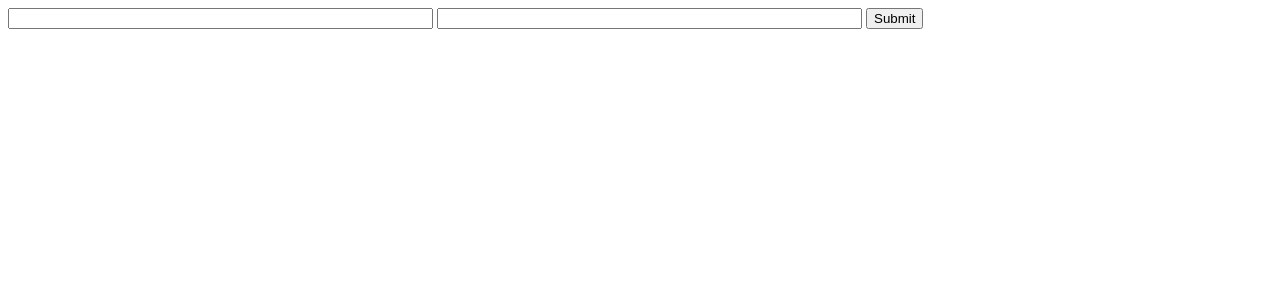
Repository: sangit85/santosh_Work_Aug2020
Page: http://localhost/JavaWebApplication/
An editor plug-in stored every save of this project. The page is shown before and after the next save, followed by the edit.
The browser window is 1280 px wide. The pictures show the whole page.
The page is served by Tomcat 9. Other server files are loaded and not shown.

Above is the page before, as saved 2020-08-09 11:45:13.

### EclipseWorkSpace_August2020/JavaWebApplication/WebContent/index.jsp
<%@ page language="java" contentType="text/html; charset=ISO-8859-1"
    pageEncoding="ISO-8859-1"%>
<!DOCTYPE html PUBLIC "-//W3C//DTD HTML 4.01 Transitional//EN" "http://www.w3.org/TR/html4/loose.dtd">
<html>
<head>
<meta http-equiv="Content-Type" content="text/html; charset=ISO-8859-1">
<title>Insert title here</title>
</head>
<body>
<form action='\hello' method='post'>
<input type="text" size='50'/>
<input type="password" size=50>
<input type="submit"/>
</form>
</body>
</html>

After the next save:
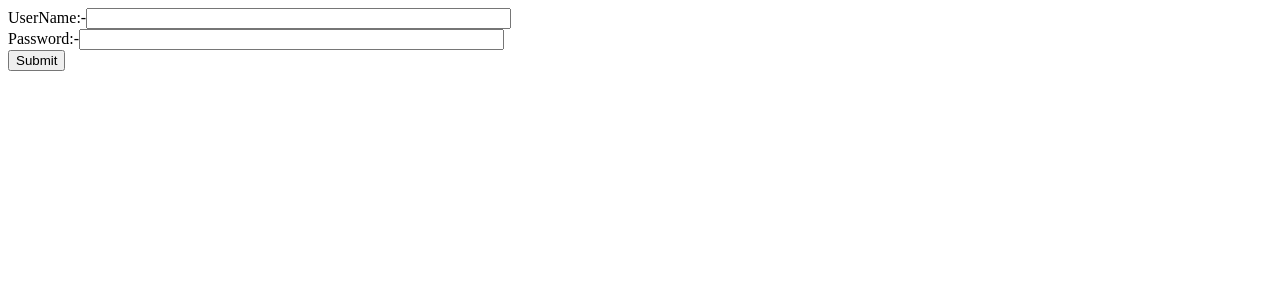
Saved 4 min 25 s later.
--- a/EclipseWorkSpace_August2020/JavaWebApplication/WebContent/index.jsp
+++ b/EclipseWorkSpace_August2020/JavaWebApplication/WebContent/index.jsp
@@ -8,8 +8,8 @@
 </head>
 <body>
 <form action='\hello' method='post'>
-<input type="text" size='50'/>
-<input type="password" size=50>
+UserName:-<input type="text" size='50'/><br>
+Password:-<input type="password" size=50><br>
 <input type="submit"/>
 </form>
 </body>
